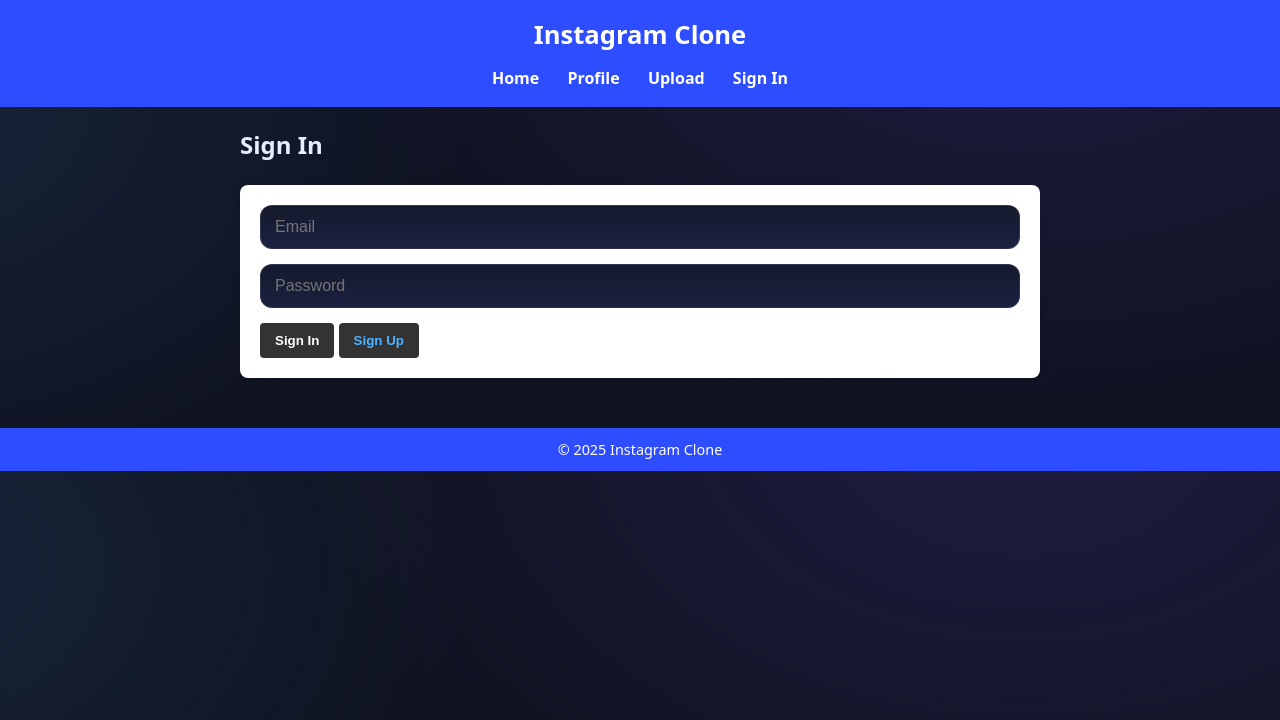
Repository: burhannaseer/CloudClips
Page: signin.html
These files come from the project's save history. The page is drawn as it stood at one moment and after the next save; the edit follows.
The browser window is 1280 px wide. The pictures show the whole page.

Above is the page before, as saved 2025-08-14 13:32:02.

After the next save:
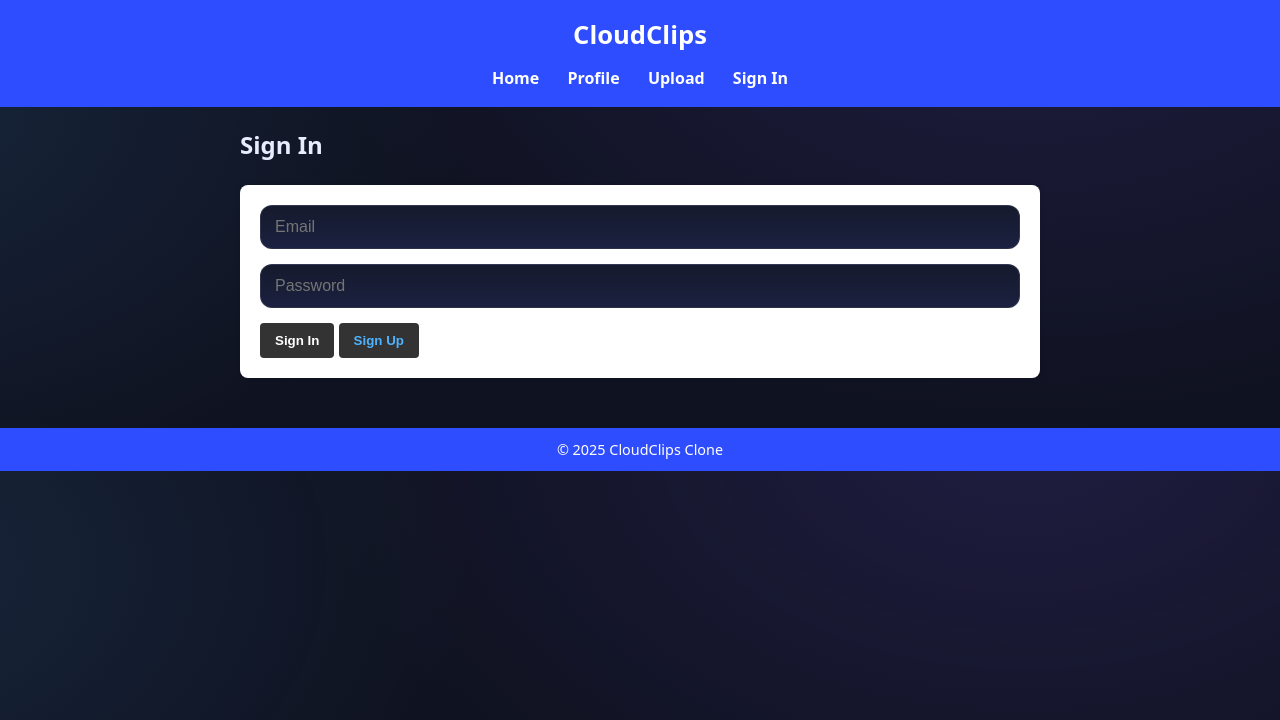
Saved 118 s later.
--- a/signin.html
+++ b/signin.html
@@ -3,13 +3,14 @@
 <head>
   <meta charset="UTF-8">
   <meta name="viewport" content="width=device-width, initial-scale=1.0">
-  <title>Instagram Clone - Sign In</title>
+  <title>CloudClips</title>
   <link rel="stylesheet" href="styles.css">
+  <script src="global.js"></script>
 </head>
 <body>
   <header>
     <div class="container">
-      <h1>Instagram Clone</h1>
+      <h1>CloudClips</h1>
       <nav>
         <a href="index.html">Home</a>
         <a href="profile.html">Profile</a>
@@ -30,7 +31,7 @@
   </main>
 
   <footer>
-    <div class="container">&copy; 2025 Instagram Clone</div>
+    <div class="container">&copy; 2025 CloudClips Clone</div>
   </footer>
 
   <script src="script.js"></script>
